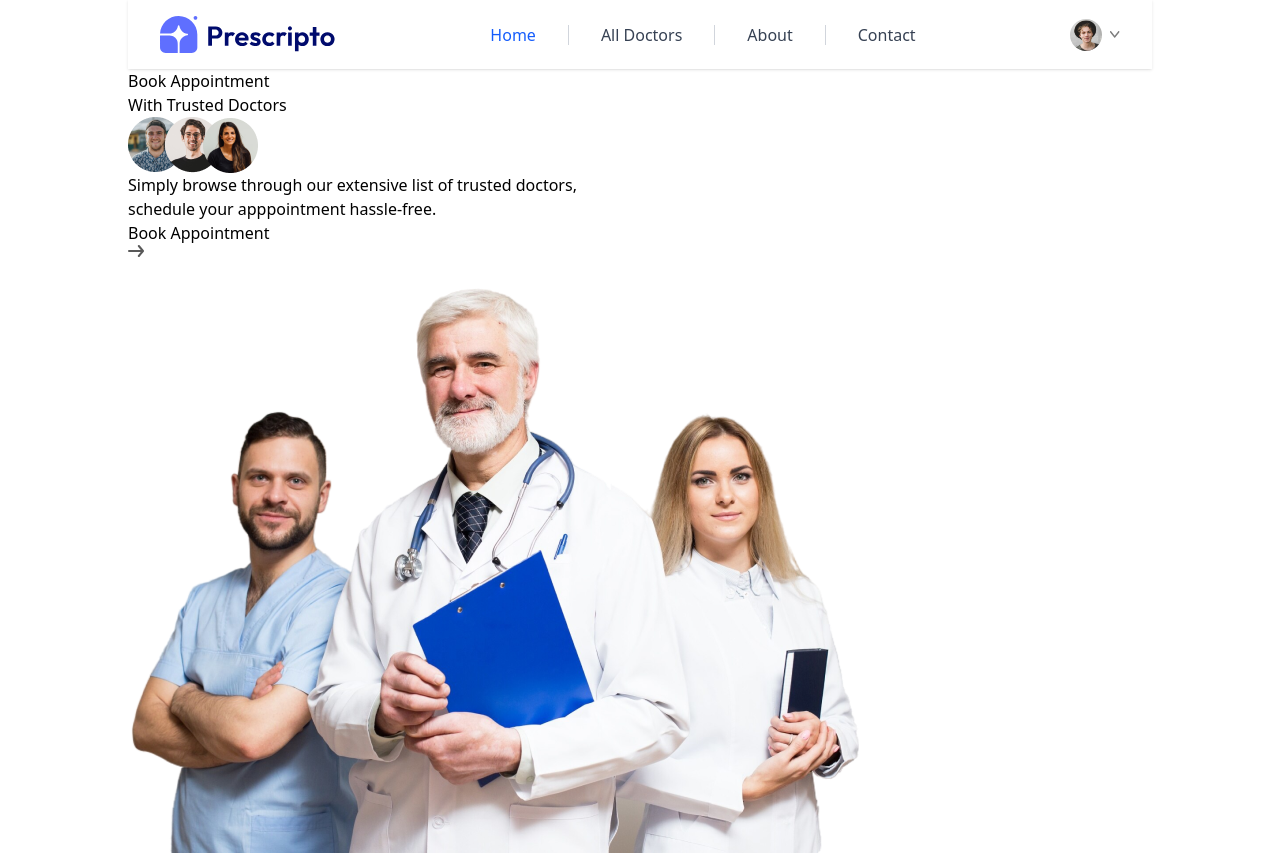
Repository: Pran2535/appointement_booking
Page: / (app in frontend/)
The author's editor kept a copy of each file at every save. The page is drawn from the files as they stood at one save, then again after the next save.
The browser window is 1280 px wide. The pictures show the whole page.
The project was rebuilt for these pictures with package versions that can differ from the ones it lists, and the page was loaded fresh each time. Also part of the build but not shown: frontend/vite.config.js, frontend/src/pages/About.jsx, frontend/src/pages/MyAppointments.jsx, frontend/src/pages/Doctors.jsx, frontend/src/pages/Login.jsx, frontend/src/pages/Contact.jsx, frontend/src/pages/MyProfile.jsx, frontend/src/pages/Appointment.jsx.

Above is the page before, as saved 2025-02-16 20:52:47.

### frontend/index.html
<!doctype html>
<html lang="en">
  <head>
    <meta charset="UTF-8" />
    <link rel="icon" type="image/svg+xml" href="/vite.svg" />
    <meta name="viewport" content="width=device-width, initial-scale=1.0" />
    <title>Mishra healthcare</title>
  </head>
  <body>
    <div id="root"></div>
    <script type="module" src="/src/main.jsx"></script>
  </body>
</html>

### frontend/src/main.jsx
import { StrictMode } from 'react'
import { createRoot } from 'react-dom/client'
import './index.css'
import App from './App.jsx'
import { BrowserRouter } from 'react-router-dom'

createRoot(document.getElementById('root')).render(
<BrowserRouter>
    <App />
  </BrowserRouter>,
)

### frontend/src/App.jsx
import React from 'react'
import { Route, Routes } from 'react-router-dom'
import Home from './pages/Home'
import About from './pages/About'
import MyAppointments from './pages/MyAppointments'
import Doctors from './pages/Doctors'
import Login from './pages/Login'
import Contact from './pages/Contact'
import MyProfile from './pages/MyProfile'
import Appointment from './pages/Appointment'
import Navbar from './components/Navbar'

const App = () => {
  return (
    <div className='mx-4 sm:mx-[10%]'>
      <Navbar/>{ /* mounted navbar component before routes so that it gets displayed over the all routes */}
      <Routes>
        <Route path='/' element={<Home />} />
        <Route path='/about' element={<About />} />
        <Route path='/my-appointments' element={<MyAppointments />} />
        <Route path='/doctors' element={<Doctors/>}/>
        <Route path='/doctors/:speciality' element={<Doctors/>}/>
        <Route path ='/login' element={<Login/>}/>
        <Route path='/contact' element={<Contact/>}/>
        <Route path ='/my-profile' element={<MyProfile/>}/>
        <Route path ='/appointments/:docId' element={<Appointment/>}/>
      </Routes>
    </div>
  )
}

export default App

### frontend/src/pages/Home.jsx
import React from 'react'
import Header from '../components/Header'

const Home = () => {
  return (
    <div>
      <Header/>
    </div>
  )
}

export default Home

### frontend/src/components/Navbar.jsx
import React, { useState } from 'react'
import { NavLink, useNavigate } from 'react-router-dom'
import { assets } from '../assets/assets'

const links = [
  { to: '/', label: 'Home' },
  { to: '/doctors', label: 'All Doctors' },
  { to: '/about', label: 'About' },
  { to: '/contact', label: 'Contact' }
]

const Navbar = () => {
  const navigate = useNavigate();
  const [showMenu, setShowMenu]=useState(false);
  const [token,setToken]=useState(true);


  return (
    <nav className="sticky top-0 bg-white shadow-sm z-50">
      <div className="max-w-7xl mx-auto px-4 sm:px-6 lg:px-8 py-4 flex items-center justify-between">
        {/* Logo */}
        <div className="flex-shrink-0">
          <img
            className="w-32 md:w-40 lg:w-44 h-auto cursor-pointer transition-transform hover:scale-105"
            src={assets.logo}
            alt="Company Logo"
          />
        </div>

        {/* Navigation Links */}
        <div className="hidden md:block">
          <ul className="flex items-center space-x-8">
            {links.map((l, i) => (
              <React.Fragment key={l.to}>
                <NavLink
                  to={l.to}
                  className={({ isActive }) =>
                    `font-medium transition-colors duration-200 hover:text-blue-600 ${
                      isActive ? 'text-blue-600' : 'text-gray-700'
                    }`
                  }
                >
                  {l.label}
                </NavLink>
                {i < links.length - 1 && (
                  <div className="h-5 w-px bg-gray-300" aria-hidden="true" />
                )}
              </React.Fragment>
            ))}
          </ul>
        </div>

        {/* CTA Button */}
        <div className="flex items-center gap-4">
            {
                token?
                <div className='flex items-center gap-2 cursor-pointer group relative' >
                    <img className='w-8 rounded-full' src={assets.profile_pic} alt="" />
                    <img className='w-2.5 ' src={assets.dropdown_icon} alt="" />
                    <div className='absolute top-0 right-0 pt-14 text-base font-medium text-gray-600 z-20 hidden group-hover:block'>
                        <div className='min-w-48 bg-stone-100 rounded flex flex-col gap-4 p-4'>
                            <p onClick={()=>navigate('/my-appointments')} className='hover:text-black cursor-pointer'>My Appointments</p>
                            <p onClick={()=>navigate('/my-profile')} className='hover:text-black cursor-pointer'>My Profile</p>
                            <p onClick={()=>setToken(false)} className='hover:text-black cursor-pointer'>Logout</p>
                        </div>
                    </div>
                </div>

                :
                 <button
            onClick={() => navigate('/login')}
            className="hidden cursor-pointer md:block bg-blue-600 hover:bg-blue-700 text-white px-6 py-3 rounded-full font-semibold transition-colors duration-200 focus:outline-none focus:ring-2 focus:ring-blue-500 focus:ring-offset-2 shadow-md"
          >
            Create Account
          </button>
            }

        </div>
      </div>
    </nav>
  )
}

export default Navbar

### frontend/src/components/Header.jsx
import React from 'react'
import {assets} from '../assets/assets'
const Header = () => {
  return (
    <div>
      {/* { left side } */}
      <div className="">
<p>Book Appointment <br /> With Trusted Doctors</p>
<div className="">
    <img src={assets.group_profiles} alt="" />
    <p> Simply browse through our extensive list of trusted doctors,
        <br /> schedule your apppointment hassle-free.
    </p>
</div>
< a href="">Book Appointment <img src={assets.arrow_icon} alt="" />
</a>
      </div>
{/* { right side } */}
<div className="">
<img src={assets.header_img} alt="" />
</div>
    </div>
  )
}

export default Header

### frontend/src/assets/assets.js
import appointment_img from './appointment_img.png'
import header_img from './header_img.png'
import group_profiles from './group_profiles.png'
import profile_pic from './profile_pic.png'
import contact_image from './contact_image.png'
import about_image from './about_image.png'
import logo from './logo.svg'
import dropdown_icon from './dropdown_icon.svg'
import menu_icon from './menu_icon.svg'
import cross_icon from './cross_icon.png'
import chats_icon from './chats_icon.svg'
import verified_icon from './verified_icon.svg'
import arrow_icon from './arrow_icon.svg'
import info_icon from './info_icon.svg'
import upload_icon from './upload_icon.png'
import stripe_logo from './stripe_logo.png'
import razorpay_logo from './razorpay_logo.png'
import doc1 from './doc1.png'
import doc2 from './doc2.png'
import doc3 from './doc3.png'
import doc4 from './doc4.png'
import doc5 from './doc5.png'
import doc6 from './doc6.png'
import doc7 from './doc7.png'
import doc8 from './doc8.png'
import doc9 from './doc9.png'
import doc10 from './doc10.png'
import doc11 from './doc11.png'
import doc12 from './doc12.png'
import doc13 from './doc13.png'
import doc14 from './doc14.png'
import doc15 from './doc15.png'
import Dermatologist from './Dermatologist.svg'
import Gastroenterologist from './Gastroenterologist.svg'
import General_physician from './General_physician.svg'
import Gynecologist from './Gynecologist.svg'
import Neurologist from './Neurologist.svg'
import Pediatricians from './Pediatricians.svg'


export const assets = {
    appointment_img,
    header_img,
    group_profiles,
    logo,
    chats_icon,
    verified_icon,
    info_icon,
    profile_pic,
    arrow_icon,
    contact_image,
    about_image,
    menu_icon,
    cross_icon,
    dropdown_icon,
    upload_icon,
    stripe_logo,
    razorpay_logo
}

export const specialityData = [
    {
        speciality: 'General physician',
        image: General_physician
    },
    {
        speciality: 'Gynecologist',
        image: Gynecologist
    },
    {
        speciality: 'Dermatologist',
        image: Dermatologist
    },
    {
        speciality: 'Pediatricians',
        image: Pediatricians
    },
    {
        speciality: 'Neurologist',
        image: Neurologist
    },
    {
        speciality: 'Gastroenterologist',
        image: Gastroenterologist
    },
]

export const doctors = [
    {
        _id: 'doc1',
        name: 'Dr. Richard James',
        image: doc1,
        speciality: 'General physician',
        degree: 'MBBS',
        experience: '4 Years',
        about: 'Dr. Davis has a strong commitment to delivering comprehensive medical care, focusing on preventive medicine, early diagnosis, and effective treatment strategies. Dr. Davis has a strong commitment to delivering comprehensive medical care, focusing on preventive medicine, early diagnosis, and effective treatment strategies.',
        fees: 50,
        address: {
            line1: '17th Cross, Richmond',
            line2: 'Circle, Ring Road, London'
        }
    },
    {
        _id: 'doc2',
        name: 'Dr. Emily Larson',
        image: doc2,
        speciality: 'Gynecologist',
        degree: 'MBBS',
        experience: '3 Years',
        about: 'Dr. Davis has a strong commitment to delivering comprehensive medical care, focusing on preventive medicine, early diagnosis, and effective treatment strategies. Dr. Davis has a strong commitment to delivering comprehensive medical care, focusing on preventive medicine, early diagnosis, and effective treatment strategies.',
        fees: 60,
        address: {
            line1: '27th Cross, Richmond',
            line2: 'Circle, Ring Road, London'
        }
    },
    {
        _id: 'doc3',
        name: 'Dr. Sarah Patel',
        image: doc3,
        speciality: 'Dermatologist',
        degree: 'MBBS',
        experience: '1 Years',
        about: 'Dr. Davis has a strong commitment to delivering comprehensive medical care, focusing on preventive medicine, early diagnosis, and effective treatment strategies. Dr. Davis has a strong commitment to delivering comprehensive medical care, focusing on preventive medicine, early diagnosis, and effective treatment strategies.',
        fees: 30,
        address: {
            line1: '37th Cross, Richmond',
            line2: 'Circle, Ring Road, London'
        }
    },
    {
        _id: 'doc4',
        name: 'Dr. Christopher Lee',
        image: doc4,
        speciality: 'Pediatricians',
        degree: 'MBBS',
        experience: '2 Years',
        about: 'Dr. Davis has a strong commitment to delivering comprehensive medical care, focusing on preventive medicine, early diagnosis, and effective treatment strategies. Dr. Davis has a strong commitment to delivering comprehensive medical care, focusing on preventive medicine, early diagnosis, and effective treatment strategies.',
        fees: 40,
        address: {
            line1: '47th Cross, Richmond',
            line2: 'Circle, Ring Road, London'
        }
    },
    {
        _id: 'doc5',
        name: 'Dr. Jennifer Garcia',
        image: doc5,
        speciality: 'Neurologist',
        degree: 'MBBS',
        experience: '4 Years',
        about: 'Dr. Davis has a strong commitment to delivering comprehensive medical care, focusing on preventive medicine, early diagnosis, and effective treatment strategies. Dr. Davis has a strong commitment to delivering comprehensive medical care, focusing on preventive medicine, early diagnosis, and effective treatment strategies.',
        fees: 50,
        address: {
            line1: '57th Cross, Richmond',
            line2: 'Circle, Ring Road, London'
        }
    },
    {
        _id: 'doc6',
        name: 'Dr. Andrew Williams',
        image: doc6,
        speciality: 'Neurologist',
        degree: 'MBBS',
        experience: '4 Years',
        about: 'Dr. Davis has a strong commitment to delivering comprehensive medical care, focusing on preventive medicine, early diagnosis, and effective treatment strategies. Dr. Davis has a strong commitment to delivering comprehensive medical care, focusing on preventive medicine, early diagnosis, and effective treatment strategies.',
        fees: 50,
        address: {
            line1: '57th Cross, Richmond',
            line2: 'Circle, Ring Road, London'
        }
    },
    {
        _id: 'doc7',
        name: 'Dr. Christopher Davis',
        image: doc7,
        speciality: 'General physician',
        degree: 'MBBS',
        experience: '4 Years',
        about: 'Dr. Davis has a strong commitment to delivering comprehensive medical care, focusing on preventive medicine, early diagnosis, and effective treatment strategies. Dr. Davis has a strong commitment to delivering comprehensive medical care, focusing on preventive medicine, early diagnosis, and effective treatment strategies.',
        fees: 50,
        address: {
            line1: '17th Cross, Richmond',
            line2: 'Circle, Ring Road, London'
        }
    },
    {
        _id: 'doc8',
        name: 'Dr. Timothy White',
        image: doc8,
        speciality: 'Gynecologist',
        degree: 'MBBS',
        experience: '3 Years',
        about: 'Dr. Davis has a strong commitment to delivering comprehensive medical care, focusing on preventive medicine, early diagnosis, and effective treatment strategies. Dr. Davis has a strong commitment to delivering comprehensive medical care, focusing on preventive medicine, early diagnosis, and effective treatment strategies.',
        fees: 60,
        address: {
            line1: '27th Cross, Richmond',
            line2: 'Circle, Ring Road, London'
        }
    },
    {
        _id: 'doc9',
        name: 'Dr. Ava Mitchell',
        image: doc9,
        speciality: 'Dermatologist',
        degree: 'MBBS',
        experience: '1 Years',
        about: 'Dr. Davis has a strong commitment to delivering comprehensive medical care, focusing on preventive medicine, early diagnosis, and effective treatment strategies. Dr. Davis has a strong commitment to delivering comprehensive medical care, focusing on preventive medicine, early diagnosis, and effective treatment strategies.',
        fees: 30,
        address: {
            line1: '37th Cross, Richmond',
            line2: 'Circle, Ring Road, London'
        }
    },
    {
        _id: 'doc10',
        name: 'Dr. Jeffrey King',
        image: doc10,
        speciality: 'Pediatricians',
        degree: 'MBBS',
        experience: '2 Years',
        about: 'Dr. Davis has a strong commitment to delivering comprehensive medical care, focusing on preventive medicine, early diagnosis, and effective treatment strategies. Dr. Davis has a strong commitment to delivering comprehensive medical care, focusing on preventive medicine, early diagnosis, and effective treatment strategies.',
        fees: 40,
        address: {
            line1: '47th Cross, Richmond',
            line2: 'Circle, Ring Road, London'
        }
    },
    {
        _id: 'doc11',
        name: 'Dr. Zoe Kelly',
        image: doc11,
        speciality: 'Neurologist',
        degree: 'MBBS',
        experience: '4 Years',
        about: 'Dr. Davis has a strong commitment to delivering comprehensive medical care, focusing on preventive medicine, early diagnosis, and effective treatment strategies. Dr. Davis has a strong commitment to delivering comprehensive medical care, focusing on preventive medicine, early diagnosis, and effective treatment strategies.',
        fees: 50,
        address: {
            line1: '57th Cross, Richmond',
            line2: 'Circle, Ring Road, London'
        }
    },
    {
        _id: 'doc12',
        name: 'Dr. Patrick Harris',
        image: doc12,
        speciality: 'Neurologist',
        degree: 'MBBS',
        experience: '4 Years',
        about: 'Dr. Davis has a strong commitment to delivering comprehensive medical care, focusing on preventive medicine, early diagnosis, and effective treatment strategies. Dr. Davis has a strong commitment to delivering comprehensive medical care, focusing on preventive medicine, early diagnosis, and effective treatment strategies.',
        fees: 50,
        address: {
            line1: '57th Cross, Richmond',
            line2: 'Circle, Ring Road, London'
        }
    },
    {
        _id: 'doc13',
        name: 'Dr. Chloe Evans',
        image: doc13,
        speciality: 'General physician',
        degree: 'MBBS',
        experience: '4 Years',
        about: 'Dr. Davis has a strong commitment to delivering comprehensive medical care, focusing on preventive medicine, early diagnosis, and effective treatment strategies. Dr. Davis has a strong commitment to delivering comprehensive medical care, focusing on preventive medicine, early diagnosis, and effective treatment strategies.',
        fees: 50,
        address: {
            line1: '17th Cross, Richmond',
            line2: 'Circle, Ring Road, London'
        }
    },
    {
        _id: 'doc14',
        name: 'Dr. Ryan Martinez',
        image: doc14,
        speciality: 'Gynecologist',
        degree: 'MBBS',
        experience: '3 Years',
        about: 'Dr. Davis has a strong commitment to delivering comprehensive medical care, focusing on preventive medicine, early diagnosis, and effective treatment strategies. Dr. Davis has a strong commitment to delivering comprehensive medical care, focusing on preventive medicine, early diagnosis, and effective treatment strategies.',
        fees: 60,
        address: {
            line1: '27th Cross, Richmond',
            line2: 'Circle, Ring Road, London'
        }
    },
    {
        _id: 'doc15',
        name: 'Dr. Amelia Hill',
        image: doc15,
        speciality: 'Dermatologist',
        degree: 'MBBS',
        experience: '1 Years',
        about: 'Dr. Davis has a strong commitment to delivering comprehensive medical care, focusing on preventive medicine, early diagnosis, and effective treatment strategies. Dr. Davis has a strong commitment to delivering comprehensive medical care, focusing on preventive medicine, early diagnosis, and effective treatment strategies.',
        fees: 30,
        address: {
            line1: '37th Cross, Richmond',
            line2: 'Circle, Ring Road, London'
        }
    },
]

Loaded but not shown: frontend/src/index.css (common file)

After the next save:
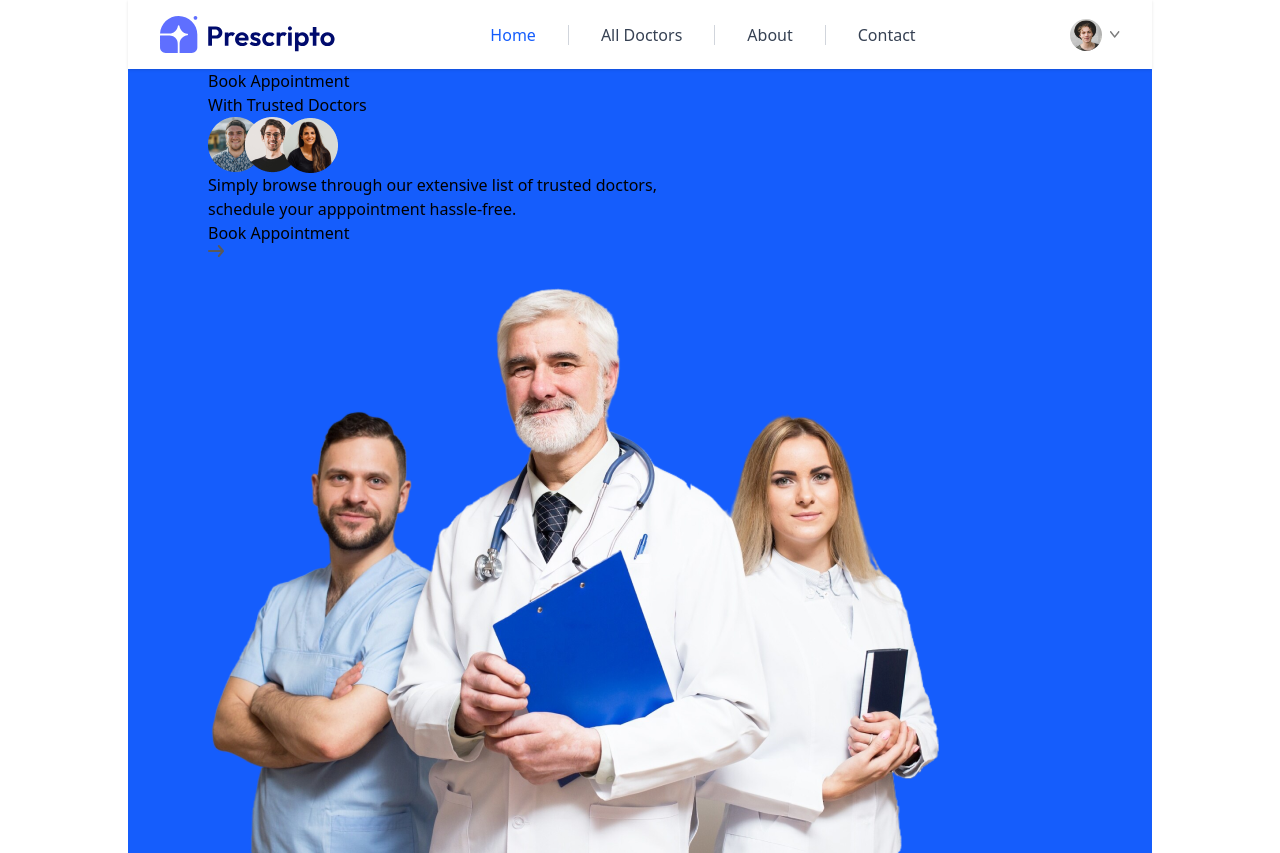
Saved 96 s later.
--- a/frontend/src/components/Header.jsx
+++ b/frontend/src/components/Header.jsx
@@ -2,7 +2,7 @@ import React from 'react'
 import {assets} from '../assets/assets'
 const Header = () => {
   return (
-    <div>
+    <div className='flex flex-col md:flex-row flex-wrap bg-blue-600 px-6 md:px-10 lg:px-20 '>
       {/* { left side } */}
       <div className="">
 <p>Book Appointment <br /> With Trusted Doctors</p>
